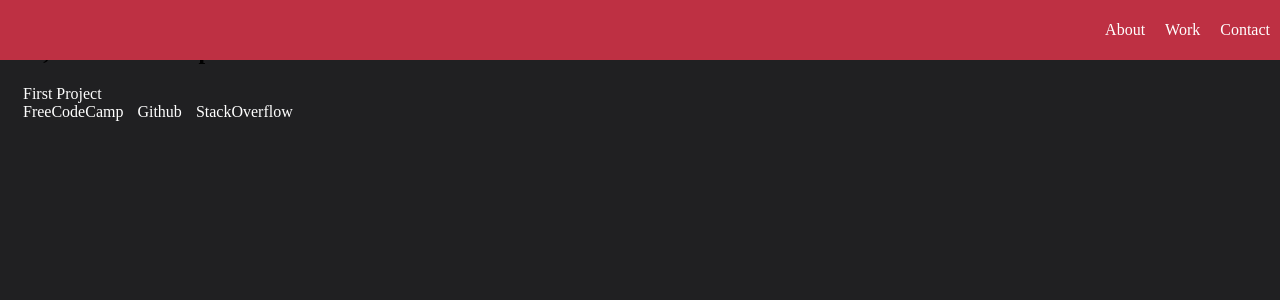
Repository: justicebhekani88/microverse_portfolio_project
Page: index.html
These files come from the project's save history. The page is drawn as it stood at one moment and after the next save; the edit follows.
The browser window is 1280 px wide. The pictures show the whole page.

Above is the page before, as saved 2022-07-21 14:49:17.

### index.html
<!DOCTYPE html>
<html lang="en">

<head>
    <meta charset="UTF-8">
    <meta http-equiv="X-UA-Compatible" content="IE=edge">
    <meta name="viewport" content="width=device-width, initial-scale=1.0">
    <link rel="stylesheet" href="style.css">
    <title>Portfolio Project</title>

    <style>
        @media only screen and (min-width: 600px) {
            #main {
                padding: 10px;
            }
        }
    </style>
</head>

<body>
    <nav id="navbar">
        <ul id="nav-list">
            <li><a href="#welcome-section">About</a></li>
            <li><a href="#projects">Work</a></li>
            <li><a href="#contact">Contact</a></li>
        </ul>
    </nav>
    <div id="main">
        <section id="welcome-section">
            <h1>Hi, We are developers</h1>
        </section>
        <section id="projects">
            <div class="project-tile"></div>
            <a href="">
                First Project
            </a>
        </section>
        <section>
            <a href="#" id="profile-link" target="_blank">FreeCodeCamp</a>
            <a href="#" id="profile-link" target="_blank">Github</a>
            <a href="#" id="profile-link" target="_blank">StackOverflow</a>
        </section>
    </div>

</body>

</html>

### style.css
body {
    background-color: #202022;
}

nav {
    color: white;
    display: flex;
    justify-content: flex-end;
    position: fixed;
    top: 0;
    left: 0;
    width: 100%;
    background: #BE3043;
}

#nav-list {
    display: flex;
}

li, a {
    list-style: none;
    color: white;
    padding: 5px;
    text-decoration: none;
}

After the next save:
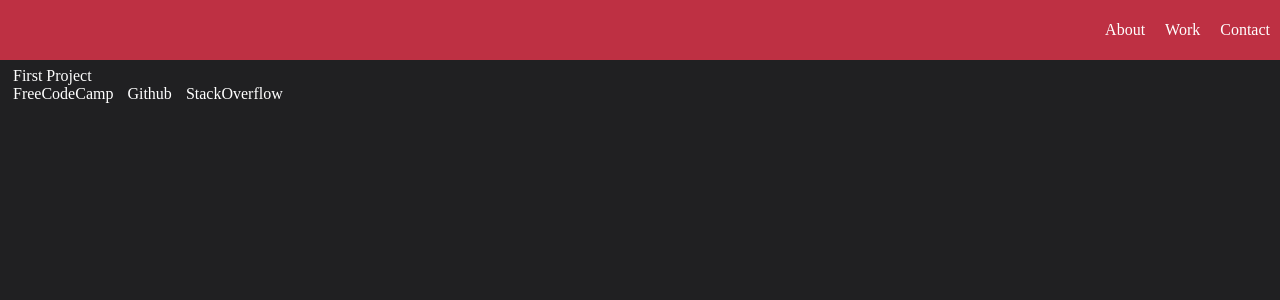
Saved 19 s later.
--- a/index.html
+++ b/index.html
@@ -7,14 +7,6 @@
     <meta name="viewport" content="width=device-width, initial-scale=1.0">
     <link rel="stylesheet" href="style.css">
     <title>Portfolio Project</title>
-
-    <style>
-        @media only screen and (min-width: 600px) {
-            #main {
-                padding: 10px;
-            }
-        }
-    </style>
 </head>
 
 <body>

After the save that followed:
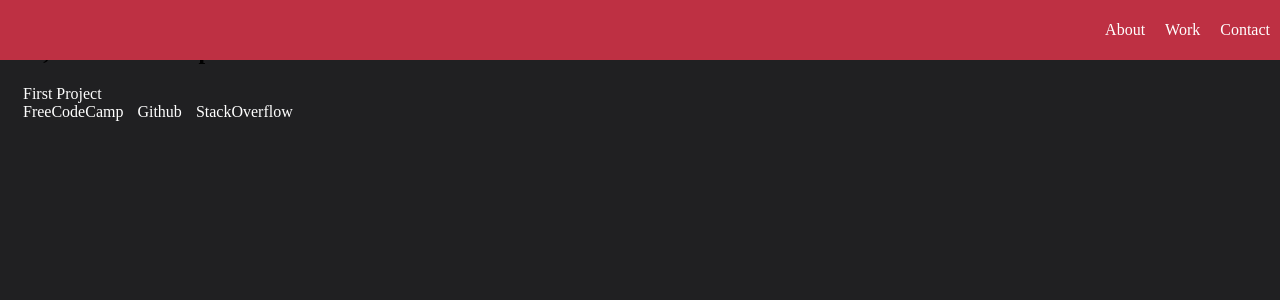
Saved 5 s later.
--- a/style.css
+++ b/style.css
@@ -23,3 +23,9 @@ li, a {
     padding: 5px;
     text-decoration: none;
 }
+
+@media only screen and (min-width: 600px) {
+    #main {
+        padding: 10px;
+    }
+}
